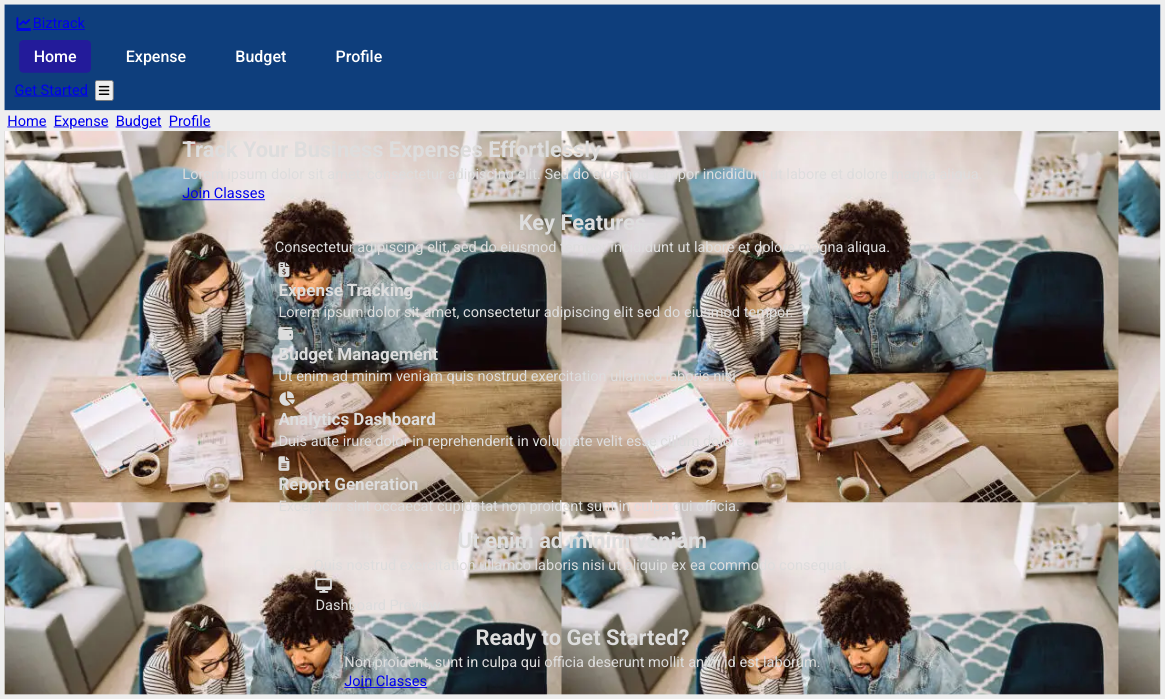
Repository: JoyUdoh106/wdd131
Page: project/index.html
An editor plug-in stored every save of this project. The page is shown before and after the next save, followed by the edit.
The browser window is 1280 px wide. The pictures show the whole page, at 91% of full size.

Above is the page before, as saved 2025-08-10 18:40:16.
Console error: TypeError: Cannot set properties of null (setting 'textContent')

After the next save:
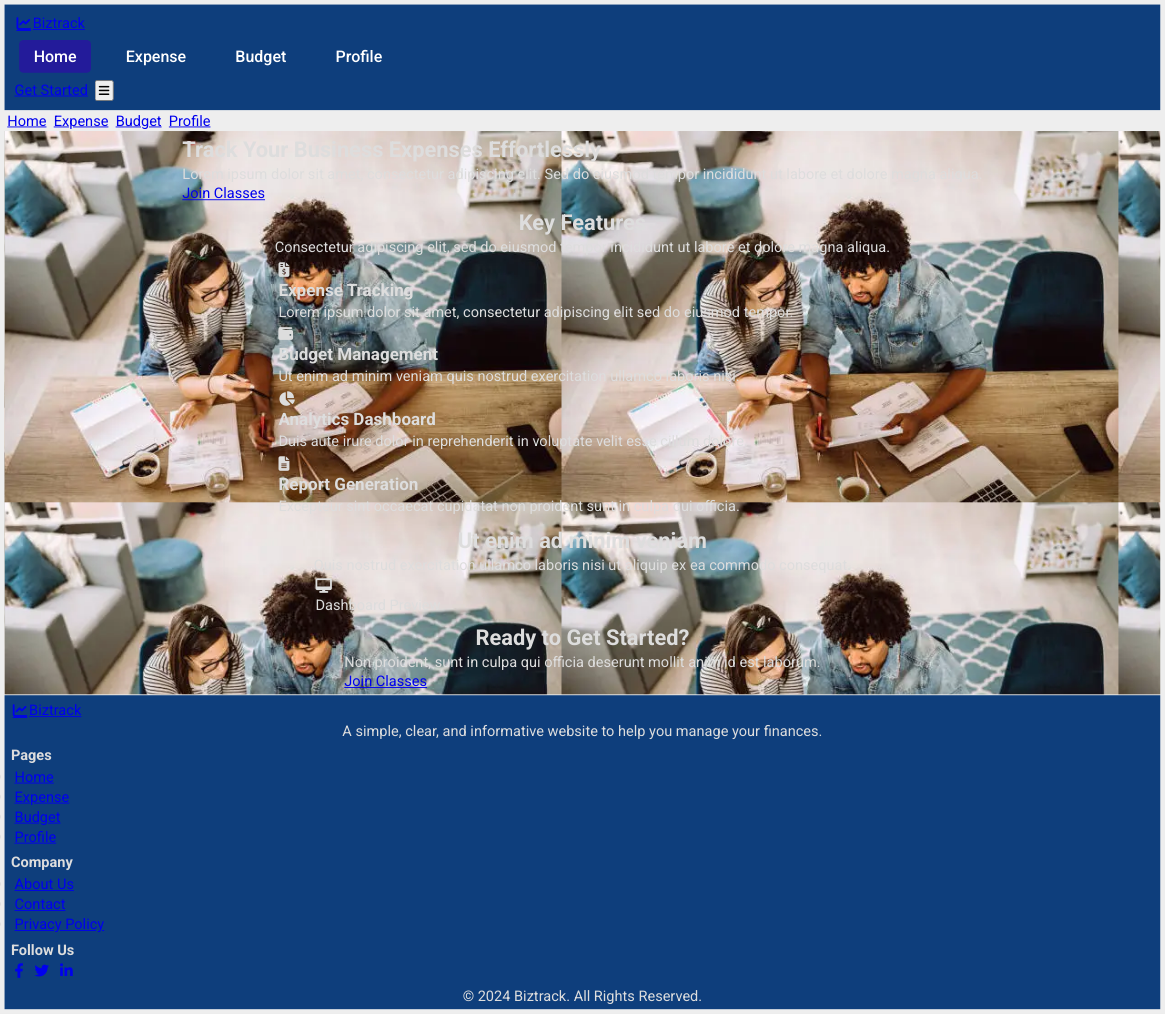
Saved 30 s later.
--- a/project/index.html
+++ b/project/index.html
@@ -99,5 +99,41 @@
             </div>
         </section>
     </main>
+     <footer>
+        <div class="container footer-container">
+            <div class="footer-about">
+                <a href="index.html" class="logo"><i class="fas fa-chart-line"></i> Biztrack</a>
+                <p>A simple, clear, and informative website to help you manage your finances.</p>
+            </div>
+            <div class="footer-links">
+                <h4>Pages</h4>
+                <ul>
+                    <li><a href="index.html">Home</a></li>
+                    <li><a href="expense.html">Expense</a></li>
+                    <li><a href="budget.html">Budget</a></li>
+                    <li><a href="profile.html">Profile</a></li>
+                </ul>
+            </div>
+            <div class="footer-links">
+                <h4>Company</h4>
+                <ul>
+                    <li><a href="#">About Us</a></li>
+                    <li><a href="#">Contact</a></li>
+                    <li><a href="#">Privacy Policy</a></li>
+                </ul>
+            </div>
+            <div class="footer-social">
+                <h4>Follow Us</h4>
+                <div class="social-icons">
+                    <a href="#"><i class="fab fa-facebook-f"></i></a>
+                    <a href="#"><i class="fab fa-twitter"></i></a>
+                    <a href="#"><i class="fab fa-linkedin-in"></i></a>
+                </div>
+            </div>
+        </div>
+        <div class="footer-bottom">
+            <p>&copy; 2024 Biztrack. All Rights Reserved.</p>
+        </div>
+    </footer>
 </body>
 </html>
